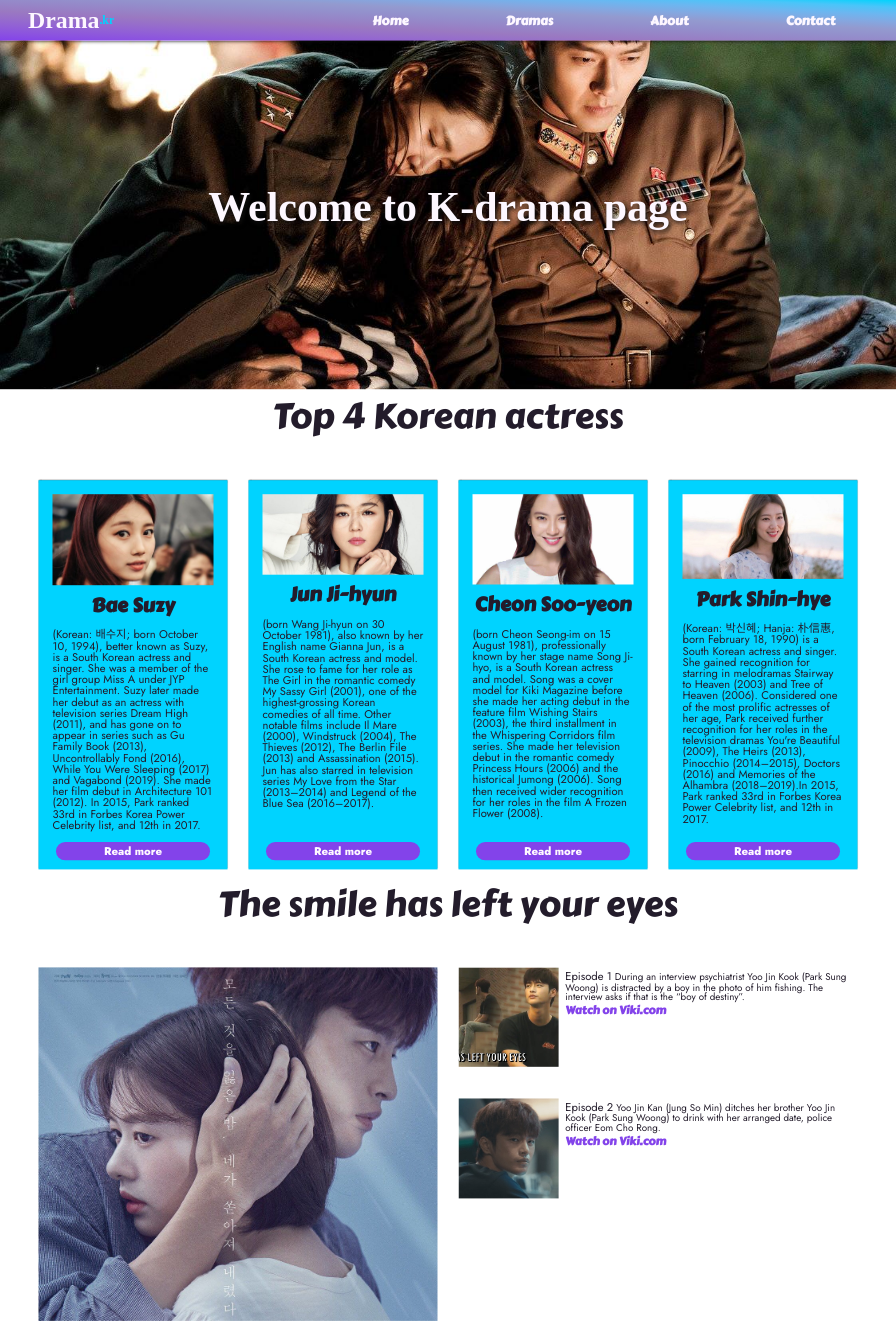
Repository: michalskirobert/K-drama-website
Page: index.html
An editor plug-in stored every save of this project. The page is shown before and after the next save, followed by the edit.
The browser window is 1280 px wide. The pictures show the part of the page from y = 0 to 1920 px (the page is 2752 px tall), at 70% of full size.
A picture or video elsewhere on the page could not be fetched, so the positions and the page height are approximate. Some web fonts or font styles are not loaded; a fallback is used.

Above is the page before, as saved 2020-10-29 22:20:21.

After the next save:
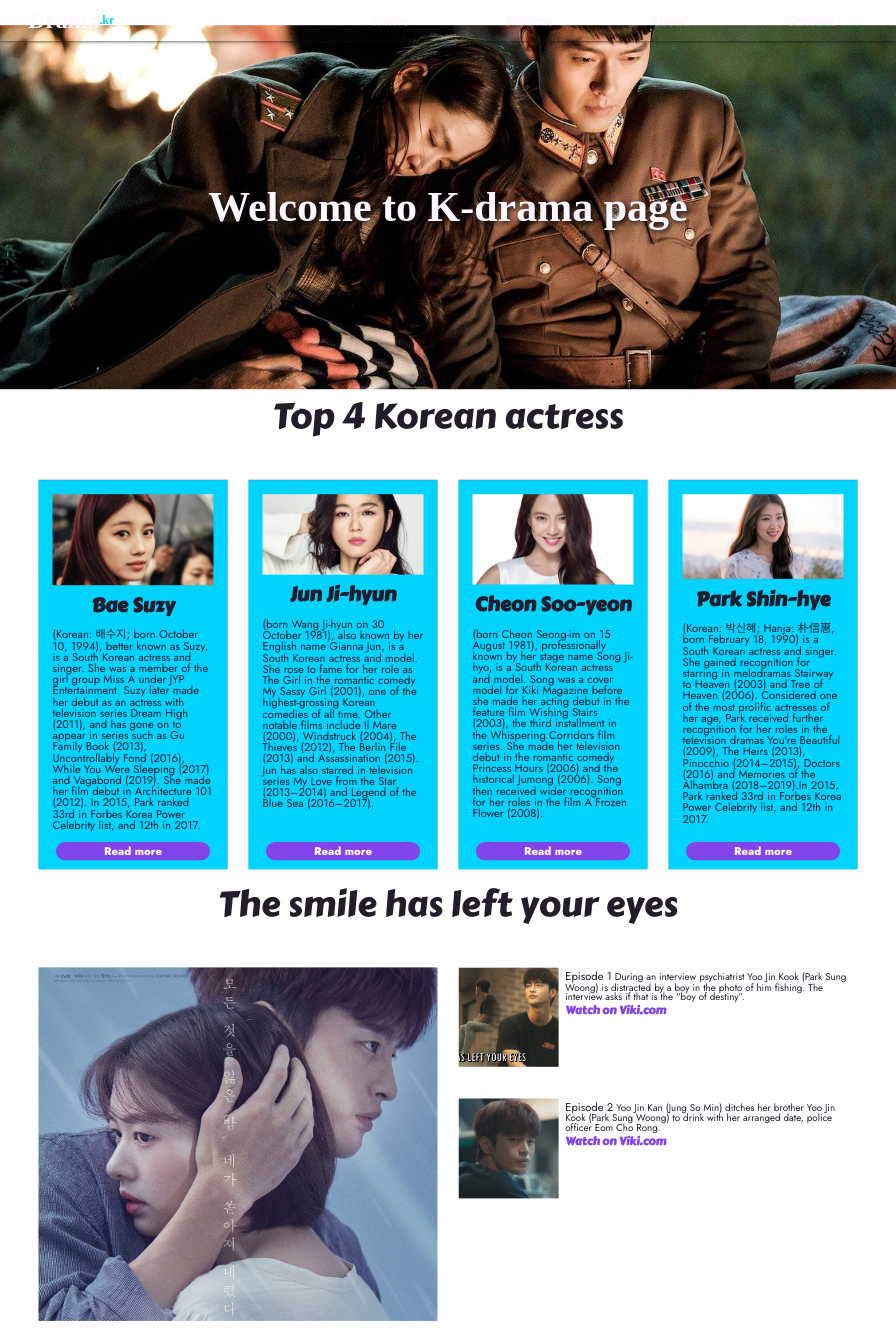
Saved 11 s later.
--- a/js/index.js
+++ b/js/index.js
@@ -2,7 +2,7 @@
   const header = document.querySelector("header");
 
   if (document.documentElement.scrollTop > 80) {
-    header.style.backgroundImage = "transparent";
+    header.style.backgroundImage = "none";
   } else {
     window.getComputedStyle(header ,null).getPropertyValue('background-image');
   }

After the save that followed:
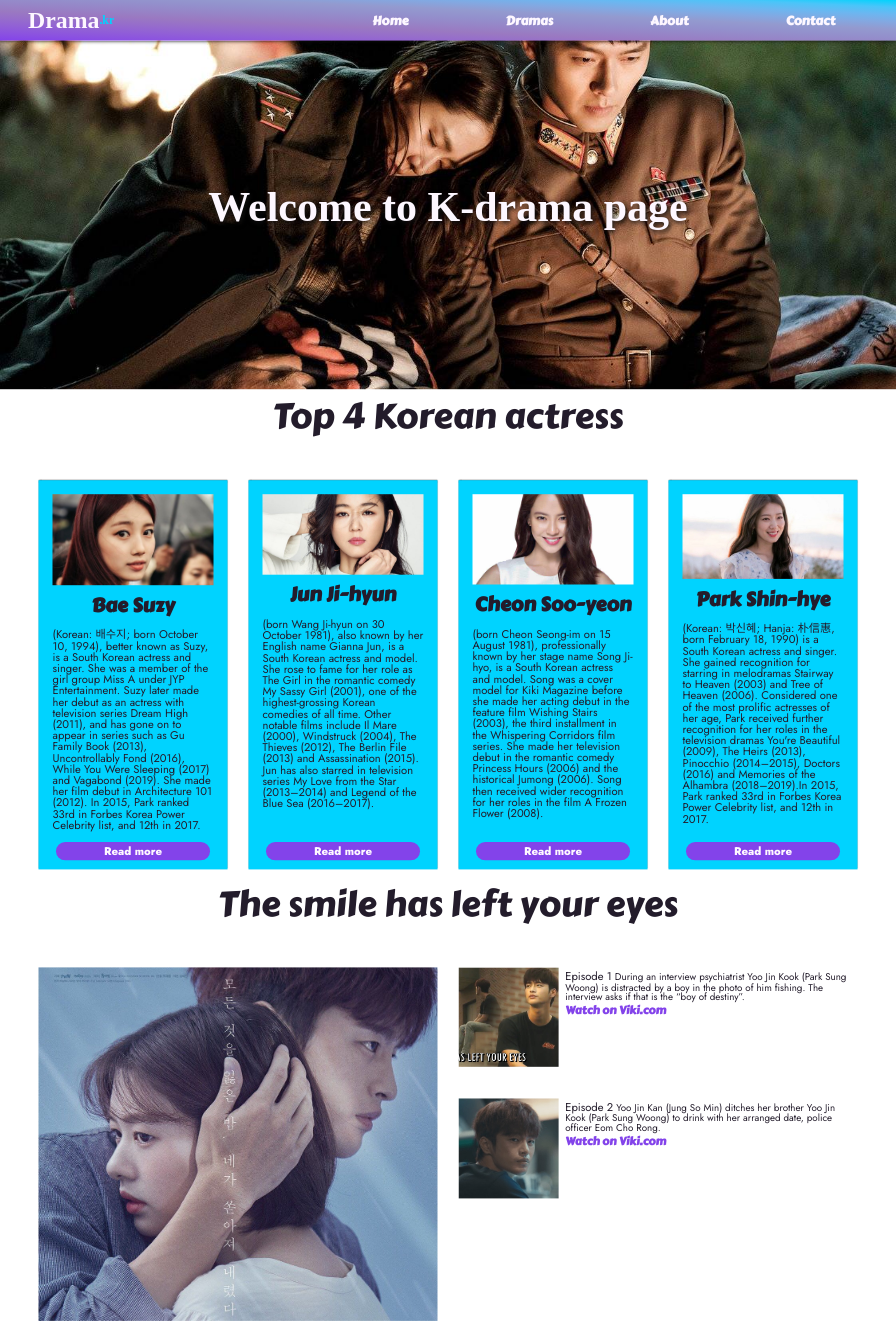
Saved 53 s later.
--- a/js/index.js
+++ b/js/index.js
@@ -2,9 +2,7 @@
   const header = document.querySelector("header");
 
   if (document.documentElement.scrollTop > 80) {
-    header.style.backgroundImage = "none";
-  } else {
-    window.getComputedStyle(header ,null).getPropertyValue('background-image');
+    header.classList.toggle(".active");
   }
 }
 
